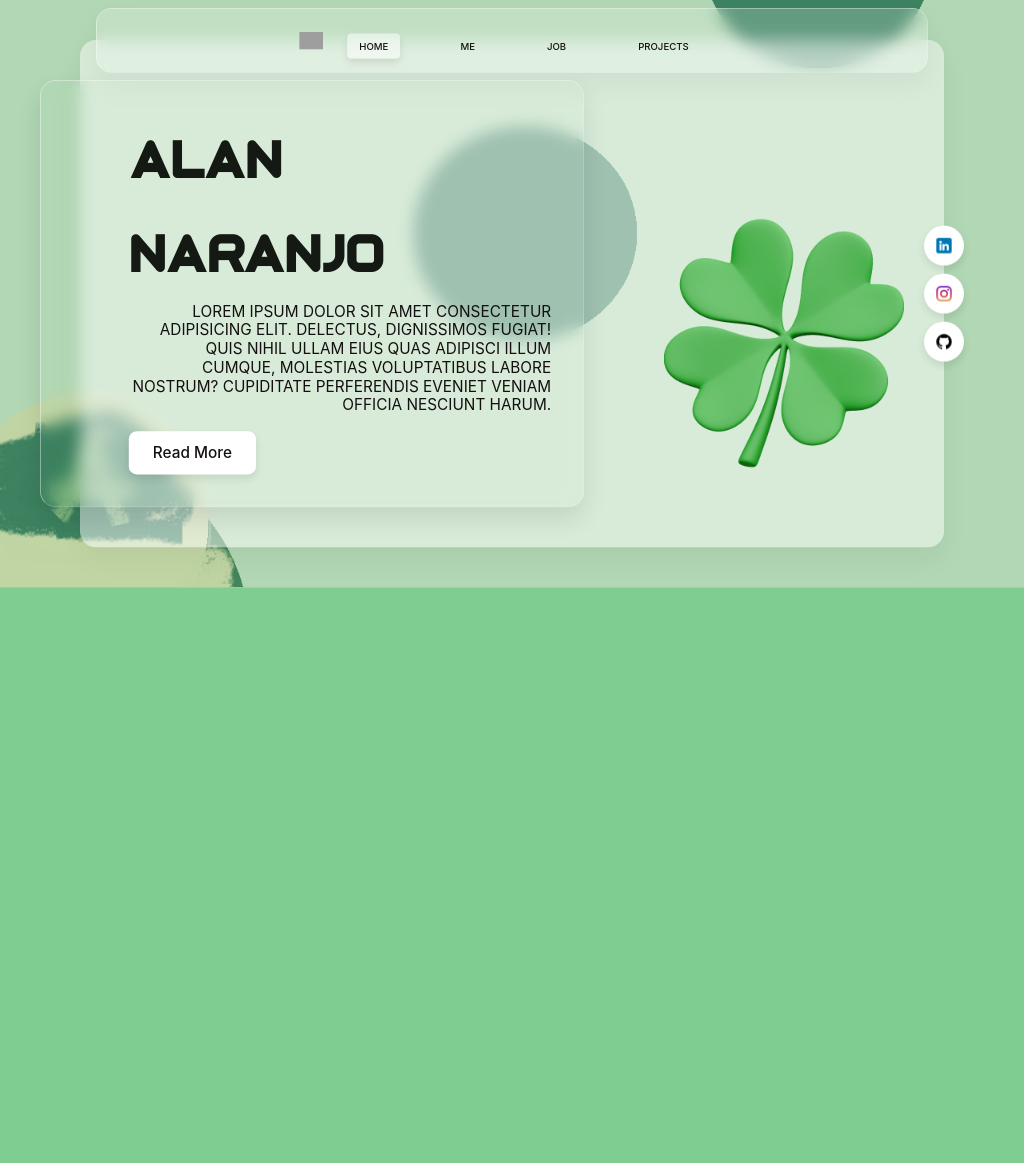
Repository: L-A-M-J-O/Me-sitio-Web
Page: / (app in my-project/)
The author's editor kept a copy of each file at every save. The page is drawn from the files as they stood at one save, then again after the next save.
The browser window is 1280 px wide. The pictures show the whole page, at 80% of full size.
Pictures or frames that could not be fetched are drawn as grey boxes. Backgrounds fixed to the window are drawn as part of the page. The project was rebuilt for these pictures with package versions that can differ from the ones it lists, and the page was loaded fresh each time.

Above is the page before, as saved 2022-09-19 16:46:01.

### my-project/src/App.jsx
import './App.css';
import Me from './components/Me/Me';

import Navbar from './components/Navbar/Navbar'


function App() {
  return (
    <>
      <Navbar/>
      <Me/>
    </>


  );
}

export default App;

### my-project/src/App.css
 * {
    margin: 0;
    padding: 0;
    box-sizing: border-box;
 }

### my-project/src/components/Me/Me.jsx
import React from 'react'

import '../Me/Me.css'

function Me() {
  return (
    <div className='section-me' id='me'>

    </div>
  )
}

export default Me

### my-project/src/components/Navbar/Navbar.jsx
import React from 'react'

import {Link} from 'react-scroll'

import logotipo from '../../assets/img/logotipo.png'
import icon from '../../assets/img/icon.png'
import instagram from '../../assets/img/instagram.png'
import linkedin from '../../assets/img/linkedin.png'
import github from '../../assets/img/github.png'

import '../Navbar/Navbar.css'


function Navbar() {
  return (
    <section id='nav'>
      <div className='container-m'>
        <header>
          <Link to='nav' className='logo'><img src={ icon} alt='icon' width={30}/></Link>
          <ul>
            <li><Link to='nav' className='active'>Home</Link></li>
            <li><Link to='me' href='#' className=''>Me</Link></li>
            <li><Link href='#' className=''>Job</Link></li>
            <li><Link href='#' className=''>Projects</Link></li>
          </ul>
        </header>
        <div className='content'>
          <h2>Alan Naranjo</h2>
          <p>Lorem ipsum dolor sit amet consectetur adipisicing elit. Delectus, dignissimos fugiat! Quis nihil ullam eius quas adipisci illum cumque, molestias voluptatibus labore nostrum? Cupiditate perferendis eveniet veniam officia nesciunt harum.</p>
          <Link href='#'>Read More</Link>
        </div>
        <div className='img-icon'>
          <img src={ logotipo } alt='logotipo'/>
        </div>
        <ul className='sci'>
          <li><Link href='#'><img src={linkedin} alt='linkedin'/></Link></li>
          <li><Link href='#'><img src={instagram} alt='instagram'/></Link></li>
          <li><Link href='#'><img src={github} alt='github'/></Link></li>
        </ul>
      </div>
    </section>
  )
}

export default Navbar

### my-project/src/components/Me/Me.css
.section-me {
    display: flex;
    justify-content: center;
    align-items: center;
    min-height: 100vh;
    background-color: #7FCD91;
    background-position: center;
    background-attachment: fixed;
    padding: 50px;
}

### my-project/src/components/Navbar/Navbar.css
@font-face {
    font-family: Osiris;
    src: url(../../assets//img/Osiris.otf);
}

section {
    display: flex;
    justify-content: center;
    align-items: center;
    min-height: 100vh;
    background-image: url(../../assets/img/banner.png);
    background-position: center;
    background-attachment: fixed;
    padding: 50px;
}
.container-m{
    position: relative;
    width: calc(100% - 100px);
    height: 88vh;
    background-color: rgba(255, 255, 255, 0.5);
    box-shadow:  0 15px 35px rgba(0, 0, 0, 0.05);
    border-radius: 20px;
    display: flex;
    justify-content: space-between;
    align-items: center;
    padding: 50px;
}
header {
    position: absolute;
    top: -40px;
    right: 20px;
    left: 20px;
    padding: 20px 50px;
    display: flex;
    justify-content: center;
    align-items: baseline;
    background: rgba(255, 255, 255, 0.2);
    box-shadow:  0 15px 35px rgba(0, 0, 0, 0.05);
    border-radius: 20px;
    backdrop-filter: blur(10px);
    border: 1px solid rgba(255, 255, 255, 0.25);
    border-top: 1px solid rgba(255, 255, 255, 0.5);
    border-left: 1px solid rgba(255, 255, 255, 0.5);
}

header .logo {
    color: #140f10;
    font-weight: 700;
    text-decoration: none;
    font-size: 2rem;
}
header ul {
    display: flex;
}
header ul li {
    list-style: none;
    margin:  0 30px;
}
header ul li a {
    border: var(--default-border-width) solid var(--default-border-color);
    border-radius: var(--default-border-radius);
    text-transform: uppercase;
    font-weight: 500;
    font-size: max(12px,.9375vw);
    padding: 0 1.3333em;
    height: 2.5555em;
    line-height: 1.2222222222;
    transition: background-color .15s ease-in-out;
    -webkit-appearance: none;
    appearance: none;
    text-decoration: none;
    color: #140f10;
    padding: 8px 15px;
    border-radius: 25px;
    cursor: pointer;
}
header ul li a:hover,
header ul li a.active {
    border-radius: 5px;
    background-color: #ffffff81;
    color: #140f10;
    box-shadow: 0 5px 10px rgba(0, 0, 0, 0.1);
}

.content {
    transform: translateX(-100px);
    max-width: 700px;
    box-shadow:  0 15px 30px rgba(0, 0, 0, 0.1);
    border-radius: 20px;
    backdrop-filter: blur(10px);
    border: 1px solid rgba(255, 255, 255, 0.25);
    border-top: 1px solid rgba(255, 255, 255, 0.5);
    border-left: 1px solid rgba(255, 255, 255, 0.5);
    padding: 40px;
    padding-left: 110px;
}
.content h2 {
    font-family: Osiris;
    font-size: 4rem;
    line-height: 1.85;
    text-transform: lowercase;
    margin: 0;
    color: #141914;
}
.content p {
    text-align: end;
    border: var(--default-border-width) solid var(--default-border-color);
    border-radius: var(--default-border-radius);
    text-transform: uppercase;
    font-weight: 400;
    font-size: max(12px,.9375vw);
    line-height: 1.2222222222;
    transition: background-color .15s ease-in-out;
    -webkit-appearance: none;
    appearance: none;
    font-size: 1.2em;
    color: #140f10;
}
.content a {
    display: inline-block;
    padding: 15px 30px;
    background: #fff;
    color: #140f10;
    margin-top: 20px;
    border-radius: 10px;
    font-size: 1.2em;
    font-weight: 500;
    text-decoration: none;
    box-shadow:  0 5px 10px rgba(0, 0, 0, 0.1);
}
.img-icon img {
    max-width: 400px;
    animation: animate 5s linear infinite;
}
@keyframes animate {
    0%,100%{
        transform: translateY(50px);
    }
    50% {
        transform: translateY(100px);
    }
}
.sci {
    position: absolute;
    right: -25px;
    display: flex;
    justify-content: center;
    align-items: center;
    flex-direction: column;
}
.sci li {
    list-style: none;
}
.sci li a {
    text-decoration: none;
    width: 50px;
    height: 50px;
    background: #fff;
    display: flex;
    justify-content: center;
    align-items: center;
    border-radius: 50%;
    margin: 5px 0;
    box-shadow: 0 5px 10px rgba(0, 0, 0, 0.1);
}
.sci li a img {
    transform: scale(0.6);
    transition: 0.5s;
}
sci li:hover a img {
    transform: scale(0.6) rotate(360deg);
}

Loaded but not shown: my-project/src/index.js (common file); my-project/src/index.css (common file); my-project/src/reportWebVitals.js (common file)

After the next save:
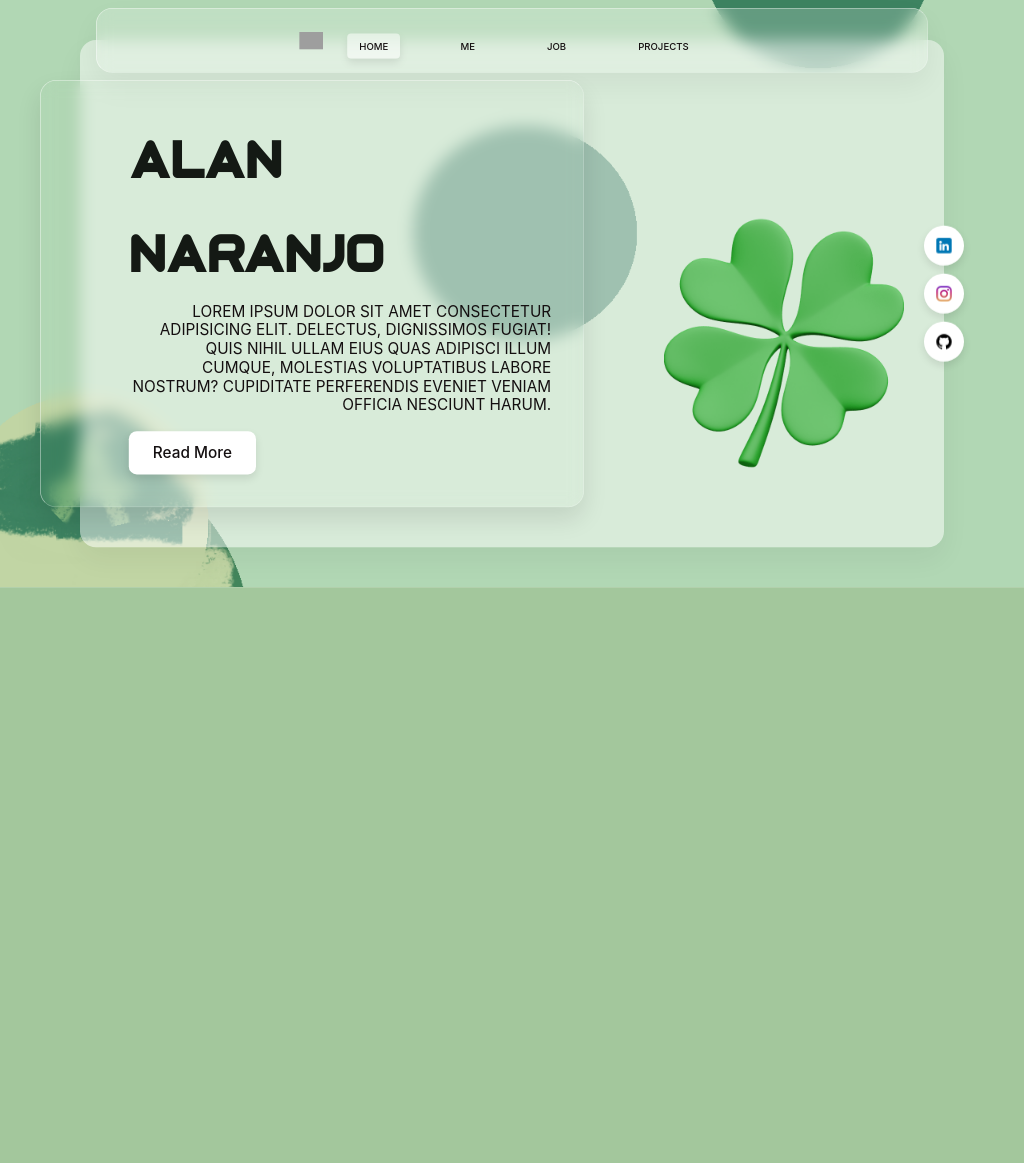
Saved 4 min 4 s later.
--- a/my-project/src/components/Me/Me.css
+++ b/my-project/src/components/Me/Me.css
@@ -3,7 +3,7 @@
     justify-content: center;
     align-items: center;
     min-height: 100vh;
-    background-color: #7FCD91;
+    background-color: #A3C79C;
     background-position: center;
     background-attachment: fixed;
     padding: 50px;
